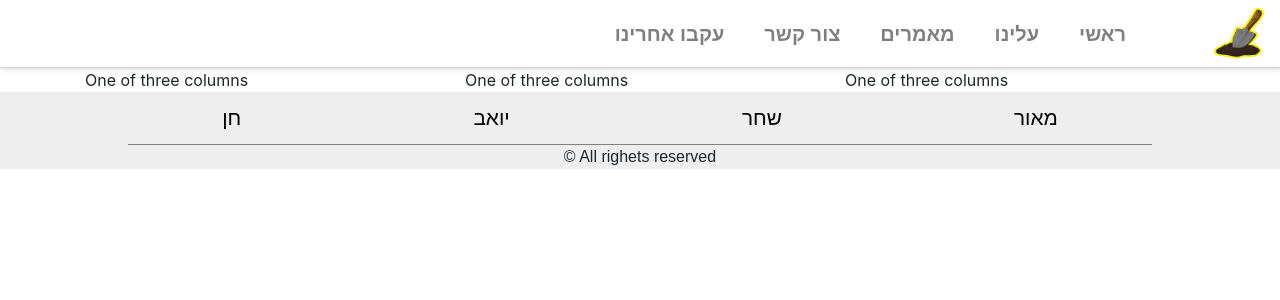
Repository: yoavBenZion/Blog-Zubi
Page: articlesPage.html
The author's editor kept a copy of each file at every save. The page is drawn from the files as they stood at one save, then again after the next save.
The browser window is 1280 px wide. The pictures show the whole page.
Some web fonts or font styles are not loaded; a fallback is used. Some web libraries are served in a nearby version.

Above is the page before, as saved 2017-10-26 11:25:08.

After the next save:
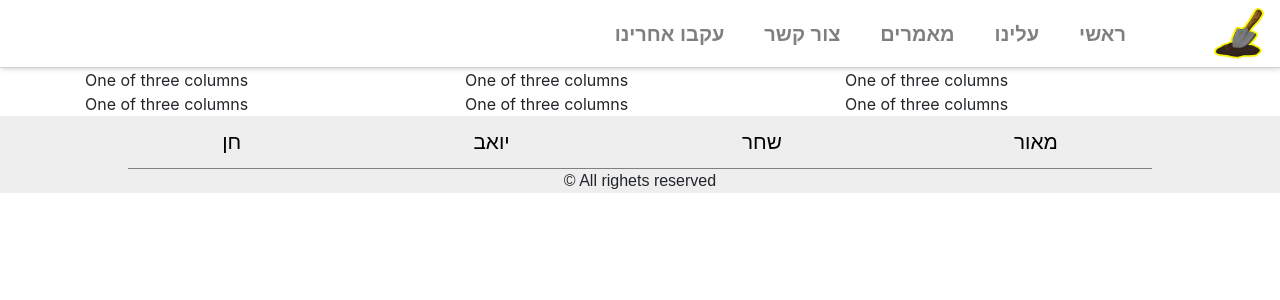
Saved 22 s later.
--- a/articlesPage.html
+++ b/articlesPage.html
@@ -64,6 +64,17 @@
 
     <body>
         <div class="container">
+            <div class="row">
+                <div class="col-sm">
+                    One of three columns
+                </div>
+                <div class="col-sm">
+                    One of three columns
+                </div>
+                <div class="col-sm">
+                    One of three columns
+                </div>
+            </div>
             <div class="row">
                 <div class="col-sm">
                     One of three columns
